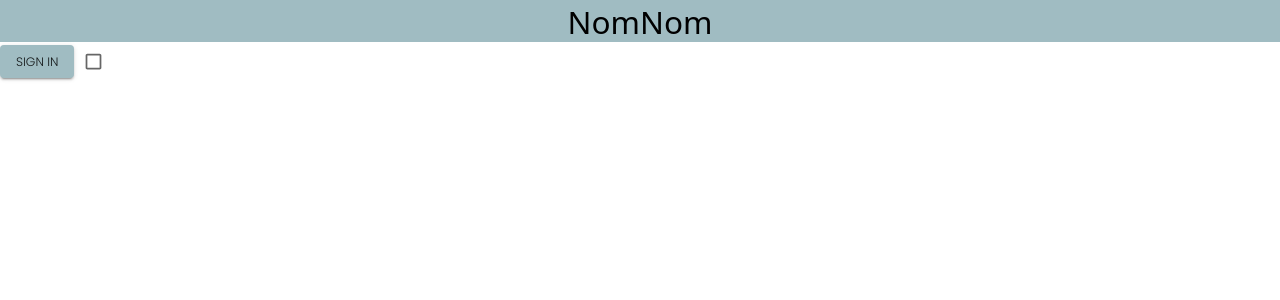
Repository: namphextra/portfolio
Page: /admin/login
The author's editor kept a copy of each file at every save. The page is drawn from the files as they stood at one save, then again after the next save.
The browser window is 1280 px wide. The pictures show the whole page.
The page's requests for data from a server got no answer. The project was rebuilt for these pictures with package versions that can differ from the ones it lists, and the page was loaded fresh each time. The framework's server and built-in components were replaced by stand-ins that run in the browser. No one was signed in, and anything a server would have sent is missing. Also part of the build but not shown: next.config.js.

Above is the page before, as saved 2023-02-15 17:28:53.

### src/app/layout.tsx
"use client";

import { SessionProvider } from "next-auth/react";
import { createTheme, ThemeProvider } from "@mui/material/styles";
import { Pacifico, Poppins } from "@next/font/google";
import "./global.css";

const pacificoFont = Pacifico({
  weight: "400",
  subsets: ["latin"],
  variable: "--font-pacifico",
  display: "swap",
});
const font = Poppins({
  weight: "300",
  subsets: ["latin"],
});

const theme = createTheme({
  typography: {
    fontFamily: ["Poppins", "sans-serif"].join(","),
  },
  palette: {
    primary: {
      main: "#A0BCC2",
      light: "#A0BCC2",
    },
    secondary: {
      main: "#A0BCC2",
      light: "#A0BCC2",
    },
  },
});

export default function RootLayout({
  children,
}: {
  children: React.ReactNode;
}) {
  return (
    <html lang="en">
      {/*
        <head /> will contain the components returned by the nearest parent
        head.tsx. Find out more at https://beta.nextjs.org/docs/api-reference/file-conventions/head
      */}
      <head />
      <body className={`${font.className} ${pacificoFont.variable}`}>
        <ThemeProvider theme={theme}>
          <SessionProvider>{children}</SessionProvider>
        </ThemeProvider>
      </body>
    </html>
  );
}

### src/app/admin/layout.tsx
"use client";

export default function RootLayout({
  children,
}: {
  children: React.ReactNode;
}) {
  return (
    <>
      <header className="w-full h-12 bg-primary flex justify-center items-center">
        <p className="font-pacifico text-4xl">NomNom</p>
      </header>
      {children}
    </>
  );
}

### src/app/admin/login/layout.tsx
"use client";
export default function RootLayout({
  children,
}: {
  children: React.ReactNode;
}) {
  return (
    <html lang="en">
      {/*
        <head /> will contain the components returned by the nearest parent
        head.tsx. Find out more at https://beta.nextjs.org/docs/api-reference/file-conventions/head
      */}
      <head />
      <body>{children}</body>
    </html>
  );
}

### src/app/admin/login/page.tsx
"use client";
import Image from "next/image";
import { Button, Checkbox } from "@mui/material";
import { signIn, useSession, signOut } from "next-auth/react";
import { useState } from "react";

export default function Login() {
  const { data: session } = useSession();
  const [showComponent, setShowComponent] = useState(false);
  return (
    <div className="admin">
      {session && (
        <>
          Signed in as {session?.user?.email} <br />
          {session?.user?.name}
          <Image
            src={session?.user?.image || ""}
            alt=""
            width={100}
            height={100}
          />
        </>
      )}
      {!session ? (
        <Button variant="contained" onClick={() => signIn()}>
          Sign in
        </Button>
      ) : (
        <Button variant="contained" onClick={() => signOut()}>
          Log out
        </Button>
      )}
      <Checkbox
        checked={showComponent}
        onChange={() => setShowComponent(!showComponent)}
      />
    </div>
  );
}

### src/app/global.css
@tailwind base;
@tailwind components;
@tailwind utilities;

body {
  margin: 0;
}

:root {
  font-size: 14px;
}

### tailwind.config.js
/** @type {import('tailwindcss').Config} */

module.exports = {
  content: [
    "./src/**/*.{js,jsx,ts,tsx}",
  ],
  theme: {
    colors: {
      primary: '#A0BCC2',
      secondary: '#F9EBC8',
    },
    extend: {
      fontFamily: {
        pacifico: ['var(--font-pacifico)'],
      },
    },
  },
  plugins: [],
  // Gen all class when in development mode
  ...(process.env.NODE_ENV == 'development') && {
    safelist: [
      { pattern: /.*/ },
    ],
  },
}

After the next save:
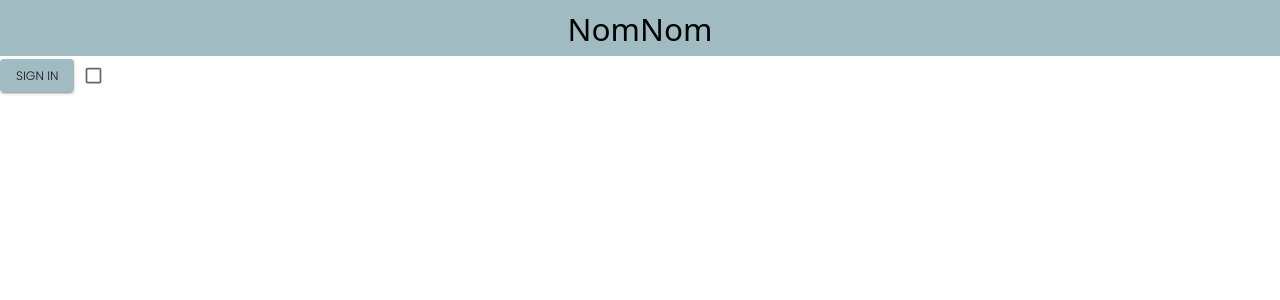
Saved 10 s later.
--- a/src/app/admin/layout.tsx
+++ b/src/app/admin/layout.tsx
@@ -7,7 +7,7 @@
 }) {
   return (
     <>
-      <header className="w-full h-12 bg-primary flex justify-center items-center">
+      <header className="w-full h-16 bg-primary flex justify-center items-center">
         <p className="font-pacifico text-4xl">NomNom</p>
       </header>
       {children}
